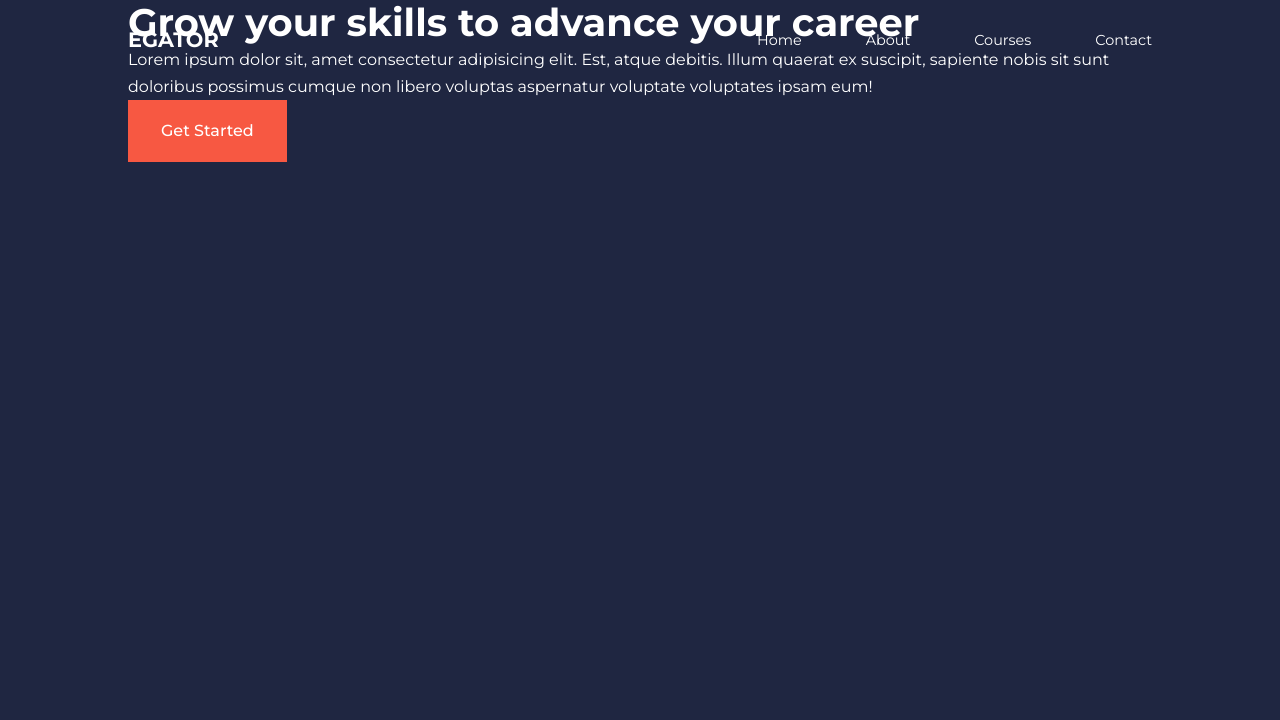
Repository: QUANGTHAI2003/education-web
Page: index.html
The author's editor kept a copy of each file at every save. The page is drawn from the files as they stood at one save, then again after the next save.
The browser window is 1280 px wide. The pictures show the whole page.

Above is the page before, as saved 2022-03-10 22:14:34.

After the next save:
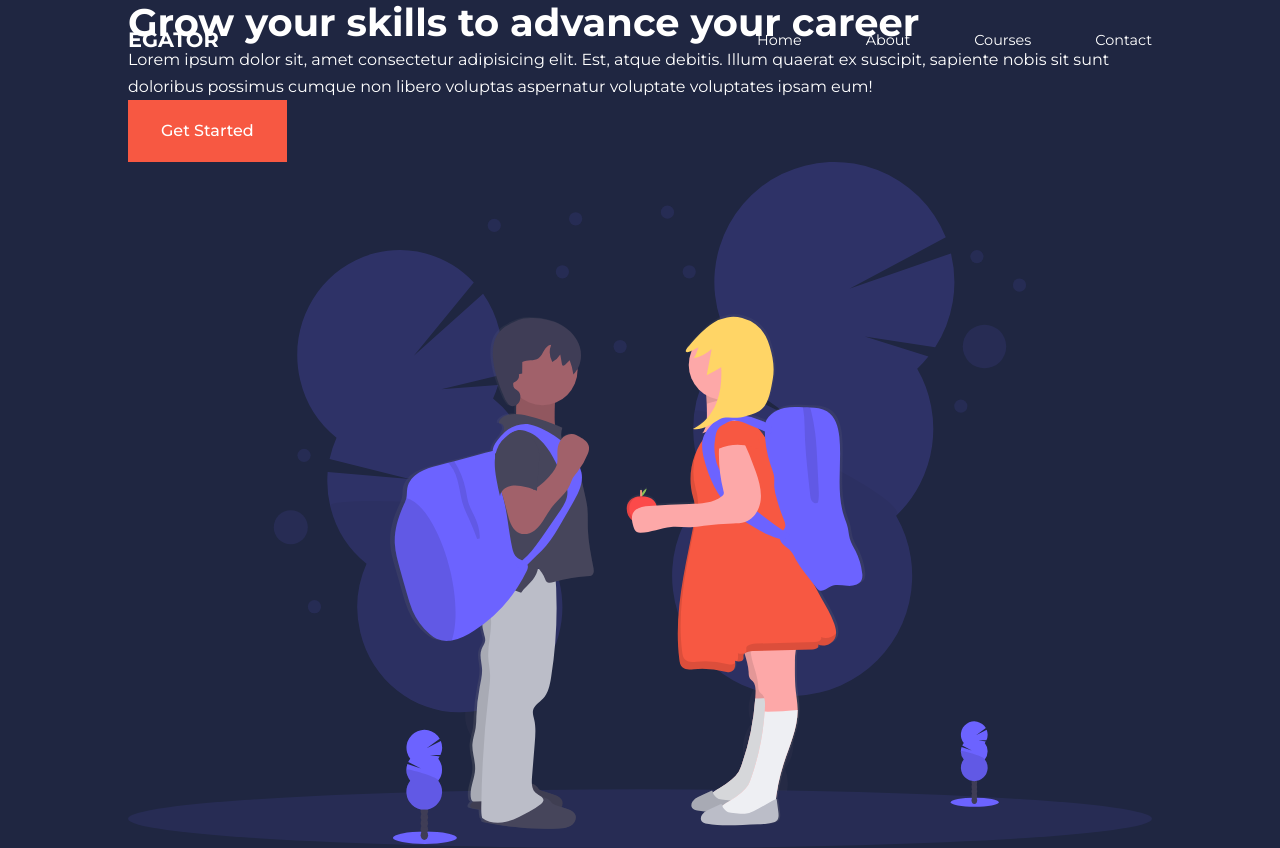
Saved 86 s later.
--- a/index.html
+++ b/index.html
@@ -53,6 +53,11 @@
                 </p>
                 <a href="courses.html" class="btn btn-primary">Get Started</a>
             </div>
+            <div class="header__right">
+                <div class="header__right-image">
+                    <img src="./images/header.svg" alt="">
+                </div>
+            </div>
         </div>
     </header>
 </body>
